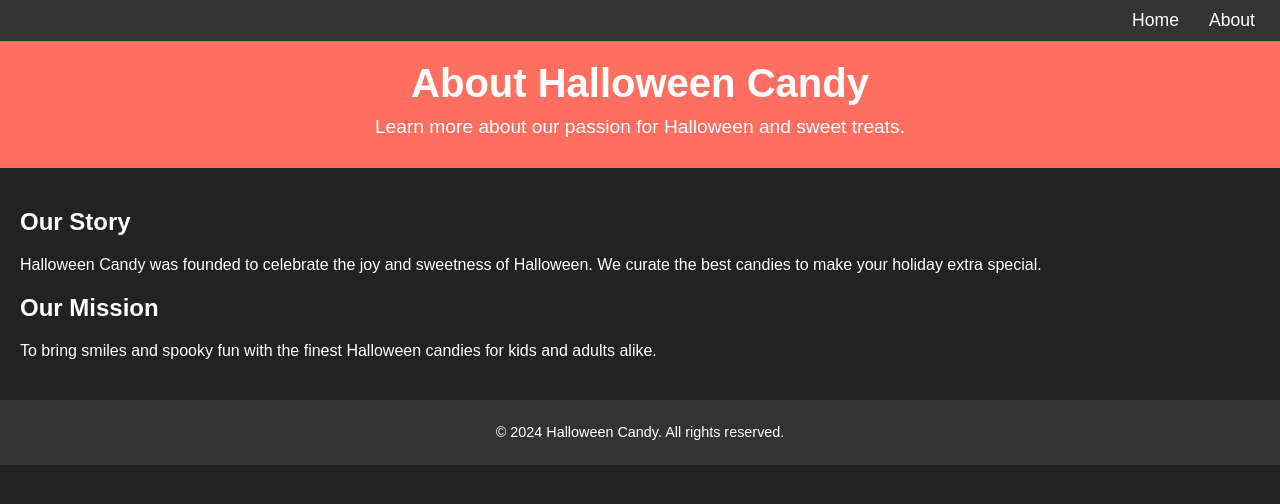
Repository: monicaifijeh/test2
Page: kyportfolio/src/aboutHallo.html
These files come from the project's save history. The page is drawn as it stood at one moment and after a run of saves; the edit follows.
The browser window is 1280 px wide. The pictures show the whole page.

Above is the page before, as saved 2024-12-20 01:19:38.

### kyportfolio/src/aboutHallo.html
<!DOCTYPE html>
<html lang="en">
  <head>
    <meta charset="UTF-8" />
    <meta name="viewport" content="width=device-width, initial-scale=1.0" />
    <title>About - Halloween Candy</title>
    <link rel="stylesheet" href="kystyle.css" />
  </head>
  <body>
    <nav>
      <ul>
        <li><a href="indexHallo.html">Home</a></li>
        <li><a href="aboutHallo.html">About</a></li>
      </ul>
    </nav>
    <header>
      <h1>About Halloween Candy</h1>
      <p>Learn more about our passion for Halloween and sweet treats.</p>
    </header>
    <main>
      <section>
        <h2>Our Story</h2>
        <p>
          Halloween Candy was founded to celebrate the joy and sweetness of
          Halloween. We curate the best candies to make your holiday extra
          special.
        </p>
      </section>
      <section>
        <h2>Our Mission</h2>
        <p>
          To bring smiles and spooky fun with the finest Halloween candies for
          kids and adults alike.
        </p>
      </section>
    </main>
    <footer>
      <p>&copy; 2024 Halloween Candy. All rights reserved.</p>
    </footer>
  </body>
</html>

### kyportfolio/src/kystyle.css
body {
    font-family: Arial, sans-serif;
    margin: 0;
    padding: 0;
background-color: #222;
    color: #fff;
}

header {
    text-align: center;
    padding: 20px;
    background-color: #ff6f61;
}

header h1 {
    margin: 0;
    font-size: 2.5rem;
}

header p {
    margin: 10px 0;
    font-size: 1.2rem;
}

nav ul {
    display: flex;
    justify-content: right;
    list-style: none;
    padding: 10px;
    background-color: #333;
    margin: 0;
}

nav ul li {
    margin: 0 15px;
}

nav ul li a {
    text-decoration: none;
    color: #fff;
    font-size: 1.1rem;
}

nav ul li a:hover {
    text-decoration: underline;
}

main {
    padding: 20px;
}

section {
    margin-bottom: 20px;
}

footer {
    text-align: center;
    padding: 10px;
    background-color: #333;
    color: #fff;
    font-size: 0.9rem;
}

After the next 2 saves:
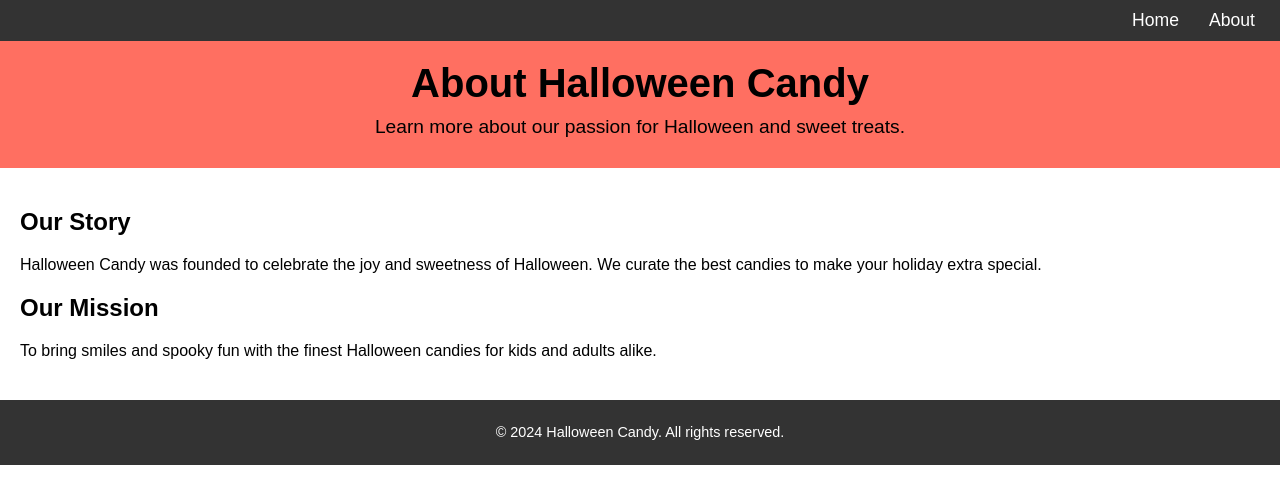
The 2 saves are shown as one change because they came seconds apart.
The last was saved 7 s later.
--- a/kyportfolio/src/kystyle.css
+++ b/kyportfolio/src/kystyle.css
@@ -2,7 +2,7 @@ body {
     font-family: Arial, sans-serif;
     margin: 0;
     padding: 0;
-background-color: #222;
+ba
     color: #fff;
 }
 
